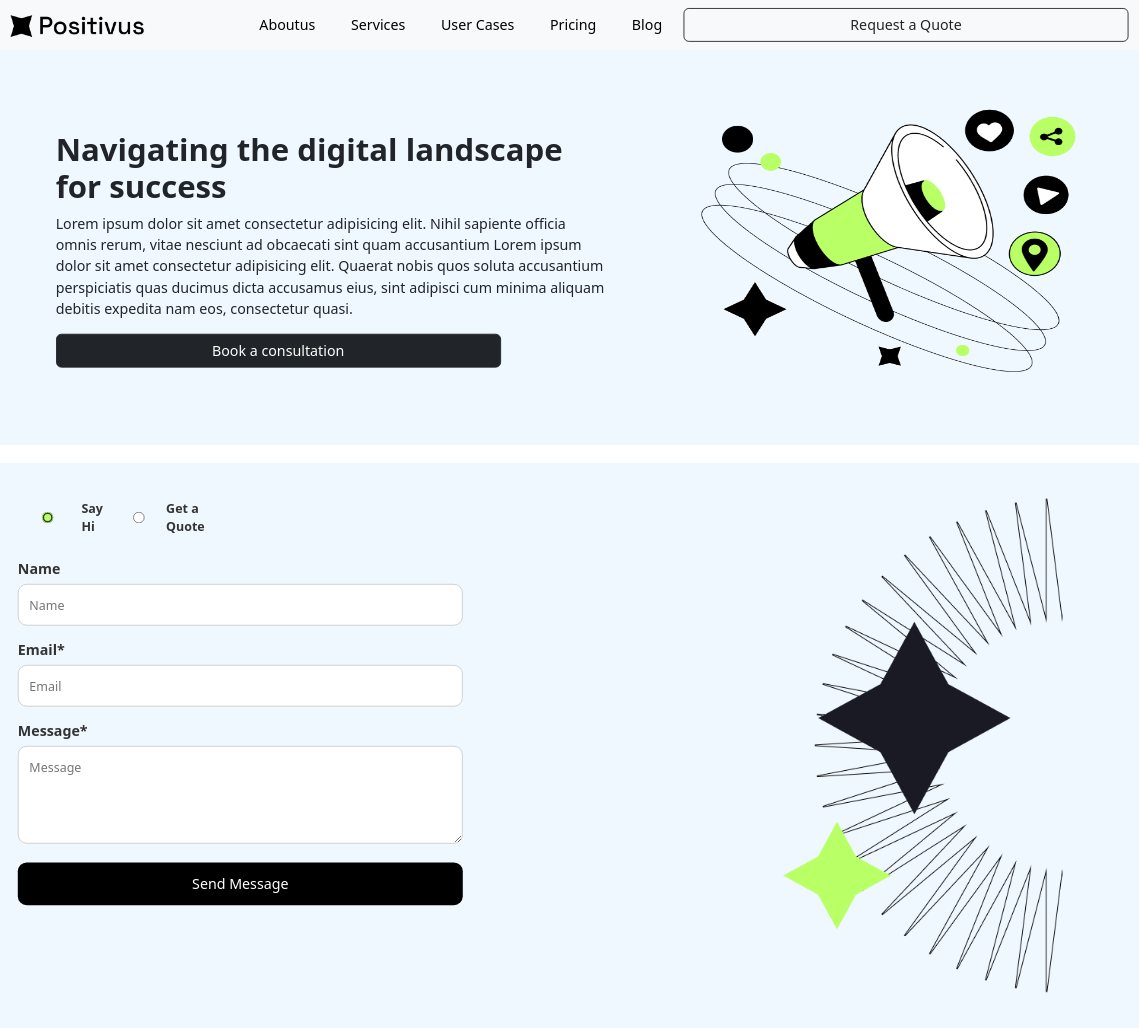
Repository: inshaabbas/CSS-Hackathon-SMIT
Page: index.html
An editor plug-in stored every save of this project. The page is shown before and after a run of saves, followed by the edit.
The browser window is 1280 px wide. The pictures show the whole page, at 89% of full size.

Above is the page before, as saved 2025-06-25 10:05:22.

After the next 2 saves:
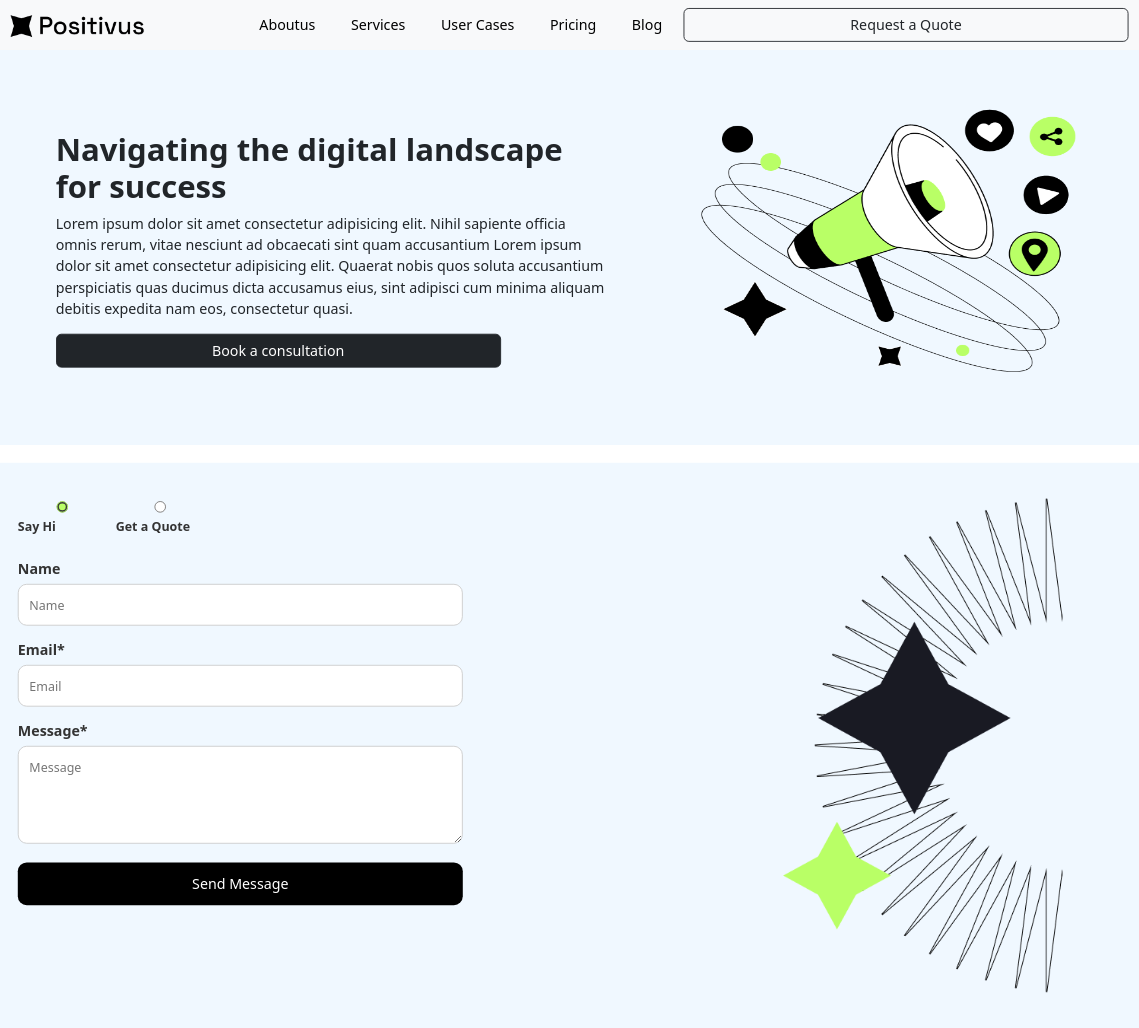
The 2 saves are shown as one change because they came seconds apart.
The last was saved 10 s later.
--- a/style.css
+++ b/style.css
@@ -74,8 +74,7 @@
 }
 
 .radio-group label{
-  display: flex;
-  flex-direction: row;
+  /* display: flex; */
   align-items: center;
   gap: 5px;
   font-size: 14px;

After the save that followed:
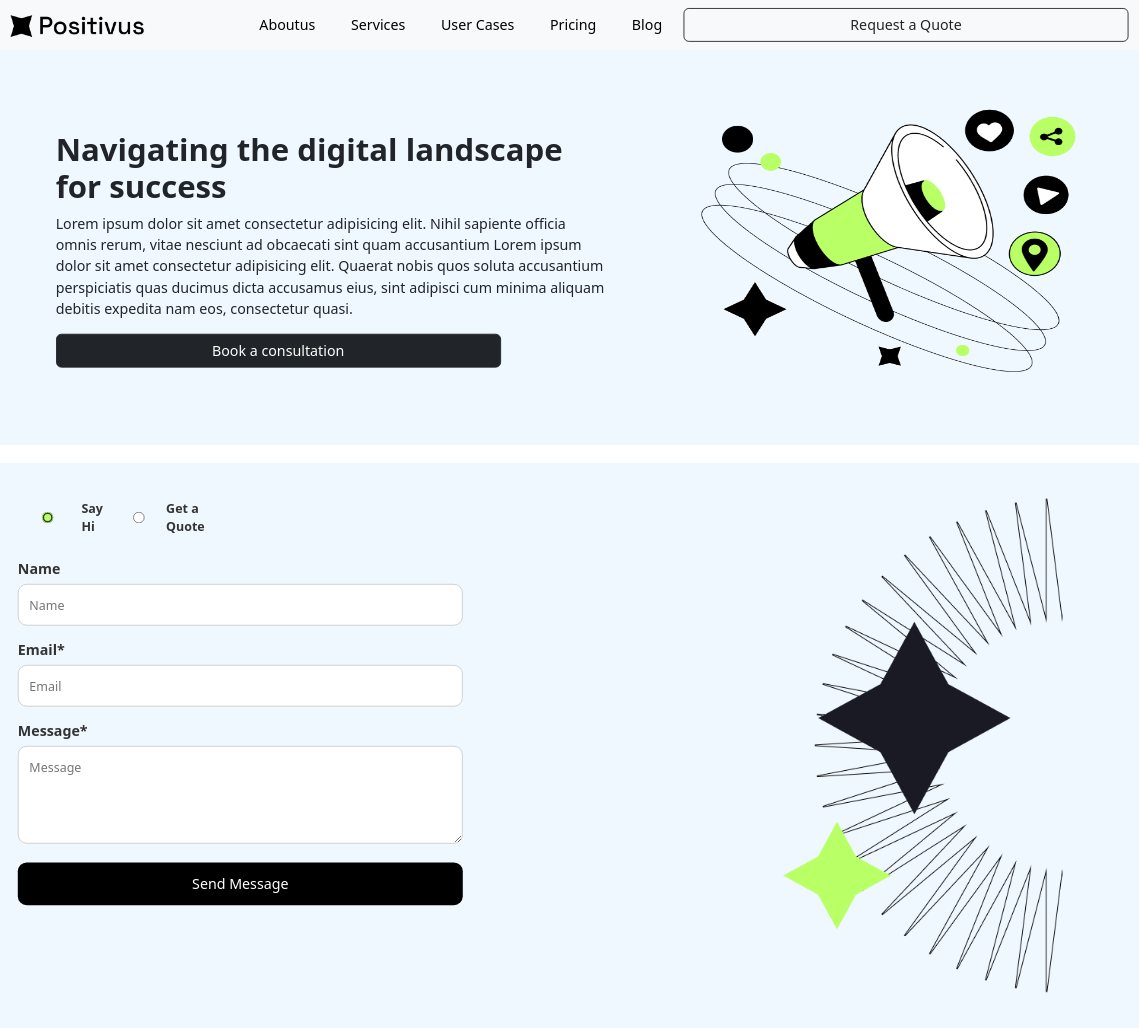
Saved 12 s later.
--- a/style.css
+++ b/style.css
@@ -74,7 +74,7 @@
 }
 
 .radio-group label{
-  /* display: flex; */
+  display: flex;
   align-items: center;
   gap: 5px;
   font-size: 14px;
